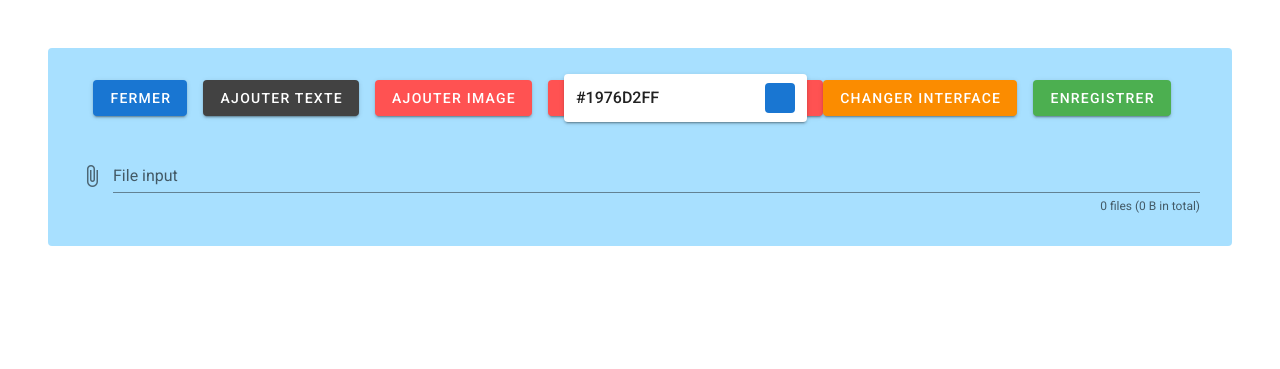
Repository: Hamagistral/BannerApp-Vue
Page: /#/dynamicPage
The author's editor kept a copy of each file at every save. The page is drawn from the files as they stood at one save, then again after the next save.
The browser window is 1280 px wide. The pictures show the whole page.
The project was rebuilt for these pictures with package versions that can differ from the ones it lists, and the page was loaded fresh each time. Also part of the build but not shown: vue.config.js, src/components/WidgetText.vue, src/components/WidgetImage.vue, src/components/Home.vue.

Above is the page before, as saved 2023-02-07 01:48:35.

After the next save:
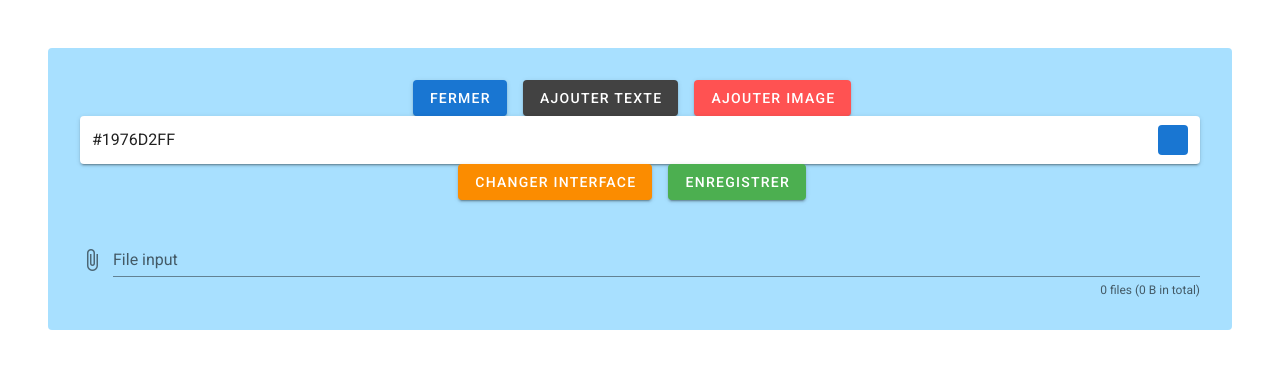
Saved 10 s later.
--- a/src/components/DynamicPage.vue
+++ b/src/components/DynamicPage.vue
@@ -14,7 +14,7 @@
           Ajouter Image
         </v-btn>
 
-        <v-btn color="error">
+
             <v-text-field v-model="color" v-mask="mask" hide-details class="ma-0 pa-0" solo>
               <template v-slot:append>
                 <v-menu v-model="menu" top nudge-bottom="105" nudge-left="16" :close-on-content-click="false">
@@ -29,7 +29,7 @@
                 </v-menu>
               </template>
             </v-text-field>
-        </v-btn>
+
 
         <v-btn color="warning" class="mr-4">
           Changer Interface

After the 3 saves that followed:
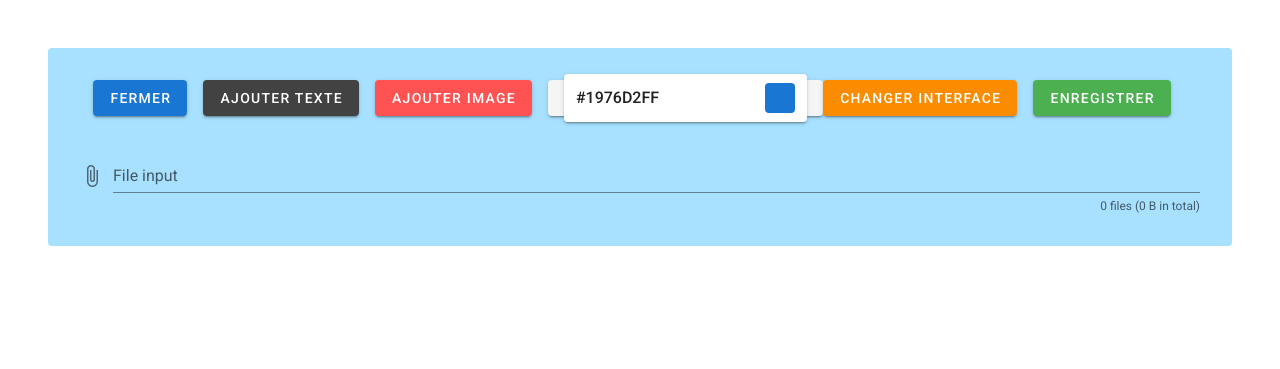
The 3 saves are shown as one change because they came seconds apart.
The last was saved 14 s later.
--- a/src/components/DynamicPage.vue
+++ b/src/components/DynamicPage.vue
@@ -14,7 +14,7 @@
           Ajouter Image
         </v-btn>
 
-
+        <v-btn>
             <v-text-field v-model="color" v-mask="mask" hide-details class="ma-0 pa-0" solo>
               <template v-slot:append>
                 <v-menu v-model="menu" top nudge-bottom="105" nudge-left="16" :close-on-content-click="false">
@@ -29,7 +29,7 @@
                 </v-menu>
               </template>
             </v-text-field>
-
+        </v-btn>
 
         <v-btn color="warning" class="mr-4">
           Changer Interface
